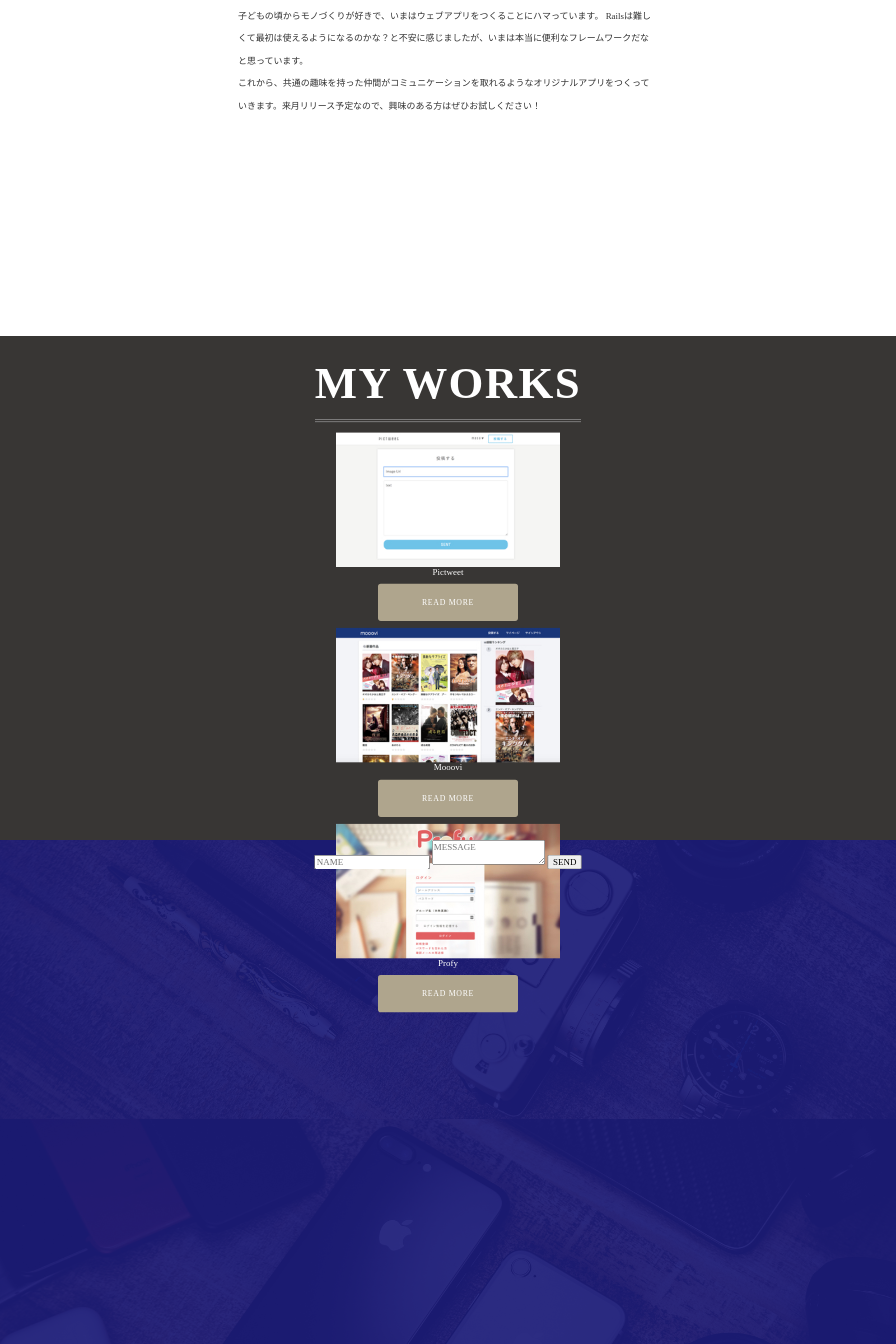
Repository: Kame0012/git_nekotter
Page: HTML-lesson/index.html
The author's editor kept a record of every edit. The page is drawn from the files as they stood at one moment, then again after the next edit.
The browser window is 1280 px wide. The pictures show the part of the page from y = 960 to 2880 px (the page is 2880 px tall), at 70% of full size.
Backgrounds fixed to the window are drawn as part of the page.

Above is the page before.

### HTML-lesson/index.html
<html>
<head>
  <meta charset="UTF-8" />
  <title></title>
  <link rel="stylesheet" href="normalize.css">
  <link rel="stylesheet" href="style.css">
</head>
<body>
  <header class="header">
    <p class="site-title-sub">----- Web application portfolio -----</p>
    <h1 class="site-title">My WORKS</h1>
    <p class="site-description">Check out some of my works.</p>
    <div class="buttons">
    <a class="button" href="#about">Learn MORE</a>
    <a class="button button-orange" href="#contact">SEND MESSAGE</a>
  </div>
  </header>

  <section class="about" id="about">
    <h2 class="heading">PROFILE</h2>
  　<p class="about-text">
    子どもの頃からモノづくりが好きで、いまはウェブアプリをつくることにハマっています。
    Railsは難しくて最初は使えるようになるのかな？と不安に感じましたが、いまは本当に便利なフレームワークだなと思っています。<br>
    これから、共通の趣味を持った仲間がコミュニケーションを取れるようなオリジナルアプリをつくっていきます。来月リリース予定なので、興味のある方はぜひお試しください！
  　</p>
  </section>

  <section class="works">

  <h2 class="heading">MY WORKS</h2>
  <div class="works-wrapper">
    <div class="work-box">
      <img class="work-image" src="images/pictweet.jpg" alt="制作事例">
      <div class="work-description">
        Pictweet<br>
        <a href="#" class="button button-ghost">READ MORE</a>
      </div>
    </div>

    <div class="work-box">
      <img class="work-image" src="images/mooovi.jpg" alt="制作事例">
      <div class="work-description">
        Mooovi<br>
        <a href="#" class="button button-ghost">READ MORE</a>
      </div>
    </div>

    <div class="work-box">
      <img class="work-image" src="images/profy.jpg" alt="制作事例">
      <div class="work-description">
        Profy<br>
        <a href="#" class="button button-ghost">READ MORE</a>
      </div>
    </div>
  </div>
</section>
  </section>

  <section class="contact" id="contact">
  <form class="contact-form">
    <input type="text" name="name" placeholder="NAME">
    <textarea name="message" placeholder="MESSAGE"></textarea>
    <input type="submit" value="SEND">
  </form>
  </section>
</body>
</html>

### HTML-lesson/style.css
* {
    box-sizing: border-box;
}

body {
    color: #fff;
    text-align: center;
    font-size: 0.8rem;
    background: url('images/bg.jpg') fixed;
    background-size: cover;
}

.header {
    padding: 170px 30px 80px;
    height: 100vh;
    background-color: rgba(25, 25, 120, 0.9);
}

.site-title-sub {
    margin: 0 0 30px;
    letter-spacing: 1px;
    font-size: 1.2rem;
}

.site-title {
    margin: 50px;
    font-size: 4.5rem;
}

.site-description {
    margin-bottom: 50px;
    color: #888;
}

.button {
    display: inline-block;
    width: 200px;
    padding: 20px;
    margin: 10px;
    border-radius: 4px;
    background-color: #afa58d;
    color: #fff;
    text-decoration: none;
    letter-spacing: 1px;
    font-size: 0.7rem;
}

.button:hover {
    opacity: 0.9;
}

.button-orange {
    background-color: #f1b400;
}

.about {
  height: 100vh;
  padding: 80px 30px;
  background-color: #fff;
  color: #333;
}

.about-text {
    width: 600px;
    margin: 30px auto;
    line-height: 2.5;
    text-align: left;
}

.heading {
    display: inline-block;
    margin: 30px 0 15px;
    padding-bottom: 15px;
    letter-spacing: 2px;
    font-size: 4rem;
    border-bottom: double 4px #999;
}

.works {
  height: 100vh;
  background-color: #383634;
}

.contact {
  height: 100vh;
  background-color: rgba(25, 25, 120, 0.9);
}

Loaded but not shown: HTML-lesson/normalize.css (library)

After the next edit:
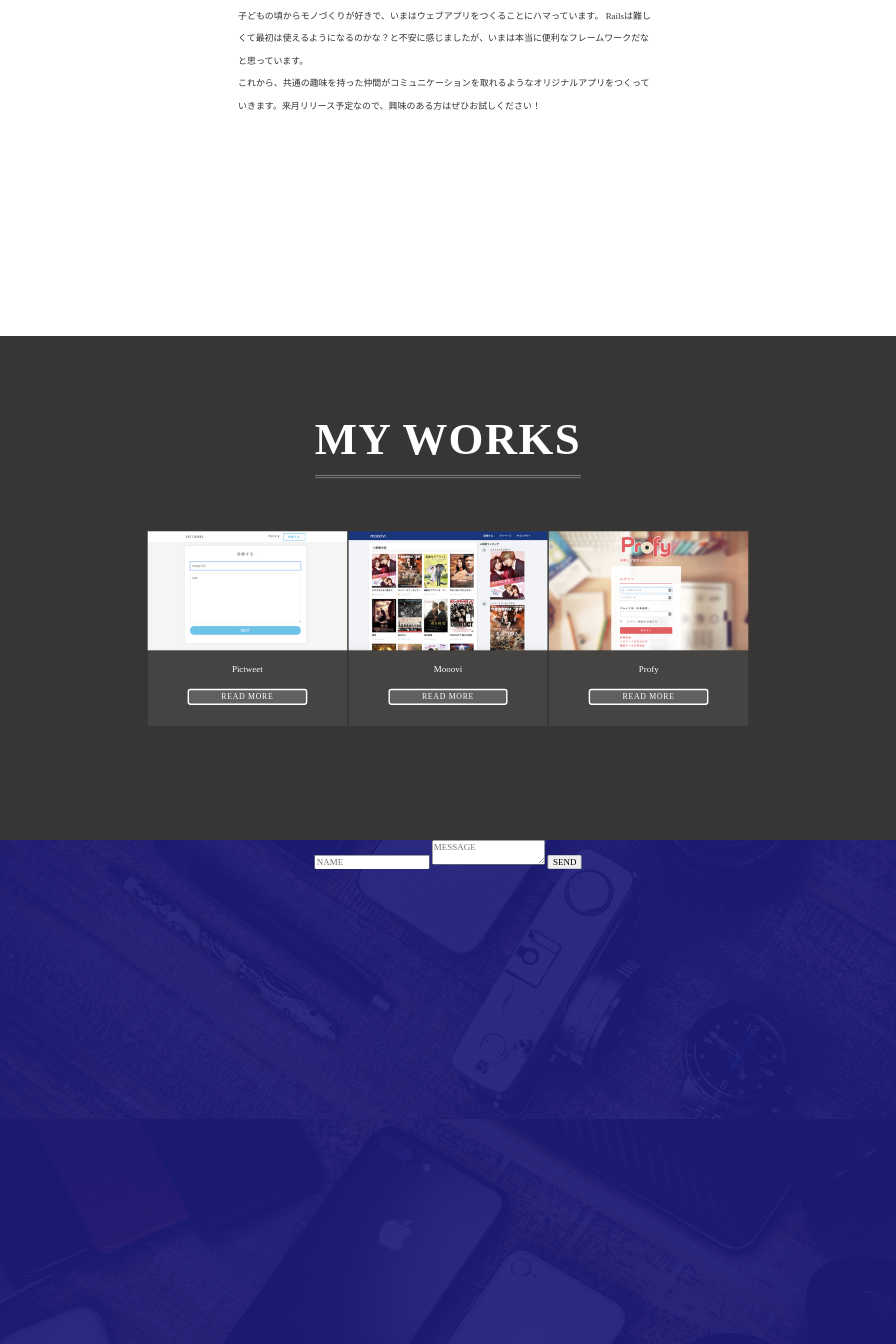
The edit:
--- a/HTML-lesson/style.css
+++ b/HTML-lesson/style.css
@@ -79,6 +79,40 @@
 .works {
   height: 100vh;
   background-color: #383634;
+  padding: 80px 0 10px;
+}
+
+.works-wrapper {
+  display: table;
+  width: 860px;
+  margin: 60px auto 0;
+  table-layout: fixed;
+}
+
+.work-box {
+  display: table-cell;
+  background-color: rgba(100, 100, 100, 0.3);
+  border: 1px solid #333;
+}
+
+.work-image {
+  display: block;
+  width: 100%;
+}
+
+.work-description {
+  margin: 20px 0;
+}
+
+.work-description .button {
+  width: 60%;
+  margin-top: 20px;
+  padding: 3px;
+}
+
+.button-ghost {
+  border: 2px solid #fff;
+  background-color: rgba(255, 255, 255, 0.15);
 }
 
 .contact {
